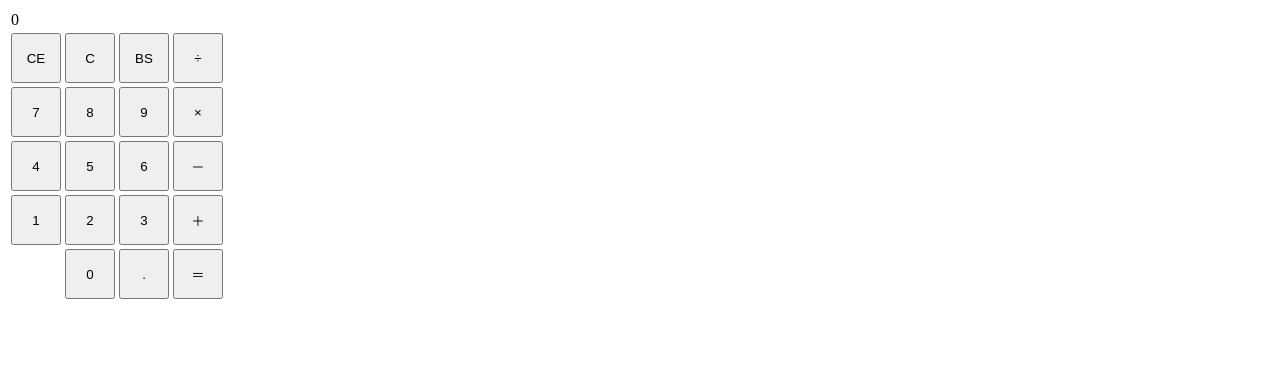
Repository: water-case/Servlet_JSP_JSPMVC
Page: workspace/JSPPrj/src/main/webapp/calc3.html
These files come from the project's save history. The page is drawn as it stood at one moment and after the next save; the edit follows.
The browser window is 1280 px wide. The pictures show the whole page.

Above is the page before, as saved 2021-08-26 03:52:58.

### workspace/JSPPrj/src/main/webapp/calc3.html
<!DOCTYPE html>
<html>
<head>
<meta charset="UTF-8">
<title>Insert title here</title>
<style>
	input{
		width:50px;
		height: 50px;
	}
</style>
</head>
<body>
	<div>
		<form action="calc3" method="post">
			<table>
				<tr>
					<td class="output" colspan="4">0</td>
				</tr>
				<tr>
					<td><input type="submit" name="operator" value="CE" /></td>
					<td><input type="submit" name="operator" value="C" /></td>
					<td><input type="submit" name="operator" value="BS" /></td>
					<td><input type="submit" name="operator" value="÷" /></td>
				</tr>
				<tr>
					<td><input type="submit" name="operator" value="7" /></td>
					<td><input type="submit" name="operator" value="8" /></td>
					<td><input type="submit" name="operator" value="9" /></td>
					<td><input type="submit" name="operator" value="×" /></td>
				</tr>
				<tr>
					<td><input type="submit" name="operator" value="4" /></td>
					<td><input type="submit" name="operator" value="5" /></td>
					<td><input type="submit" name="operator" value="6" /></td>
					<td><input type="submit" name="operator" value="－" /></td>
				</tr>
				<tr>
					<td><input type="submit" name="operator" value="1" /></td>
					<td><input type="submit" name="operator" value="2" /></td>
					<td><input type="submit" name="operator" value="3" /></td>
					<td><input type="submit" name="operator" value="＋" /></td>
				</tr>
				<tr>
					<td></td>
					<td><input type="submit" name="operator" value="0" /></td>
					<td><input type="submit" name="operator" value="." /></td>
					<td><input type="submit" name="operator" value="＝" /></td>
				</tr>
			</table>
		</form>
	</div>
</body>
</html>

After the next save:
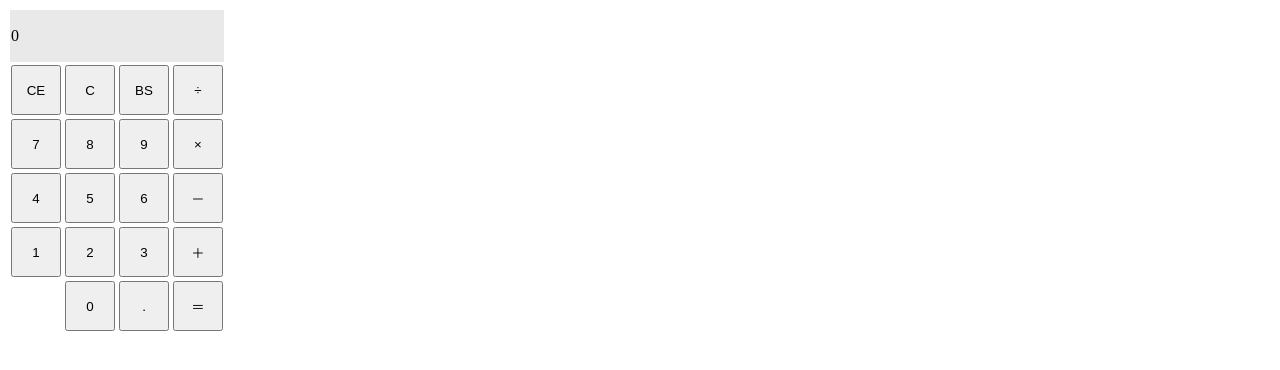
Saved 22 s later.
--- a/workspace/JSPPrj/src/main/webapp/calc3.html
+++ b/workspace/JSPPrj/src/main/webapp/calc3.html
@@ -7,6 +7,11 @@
 	input{
 		width:50px;
 		height: 50px;
+	}
+
+	.output{
+		height: 50px;
+		background: #e9e9e9;
 	}
 </style>
 </head>
